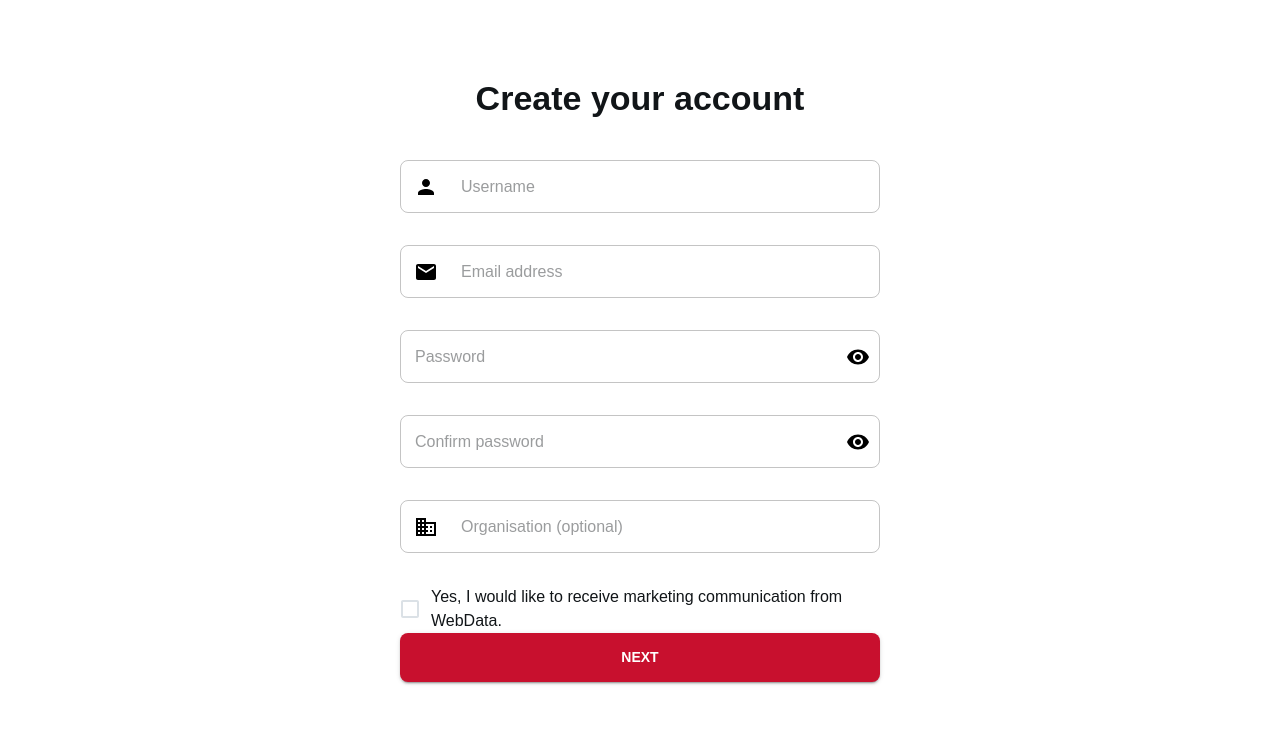
Repository: Pascal-Ahmadu/Tender-download-system
Page: /register (app in frontend/)
These files come from the project's save history. The page is drawn as it stood at one moment and after the next save; the edit follows.
The browser window is 1280 px wide. The pictures show the whole page.
The page's requests for data from a server got no answer. Some web fonts or font styles are not loaded; a fallback is used. The project was rebuilt for these pictures with package versions that can differ from the ones it lists, and the page was loaded fresh each time. No one was signed in, and anything a server would have sent is missing. Also part of the build but not shown: frontend/vite.config.js, frontend/src/components/pages/LoginPage.jsx.

Above is the page before, as saved 2024-07-31 08:45:58.

After the next save:
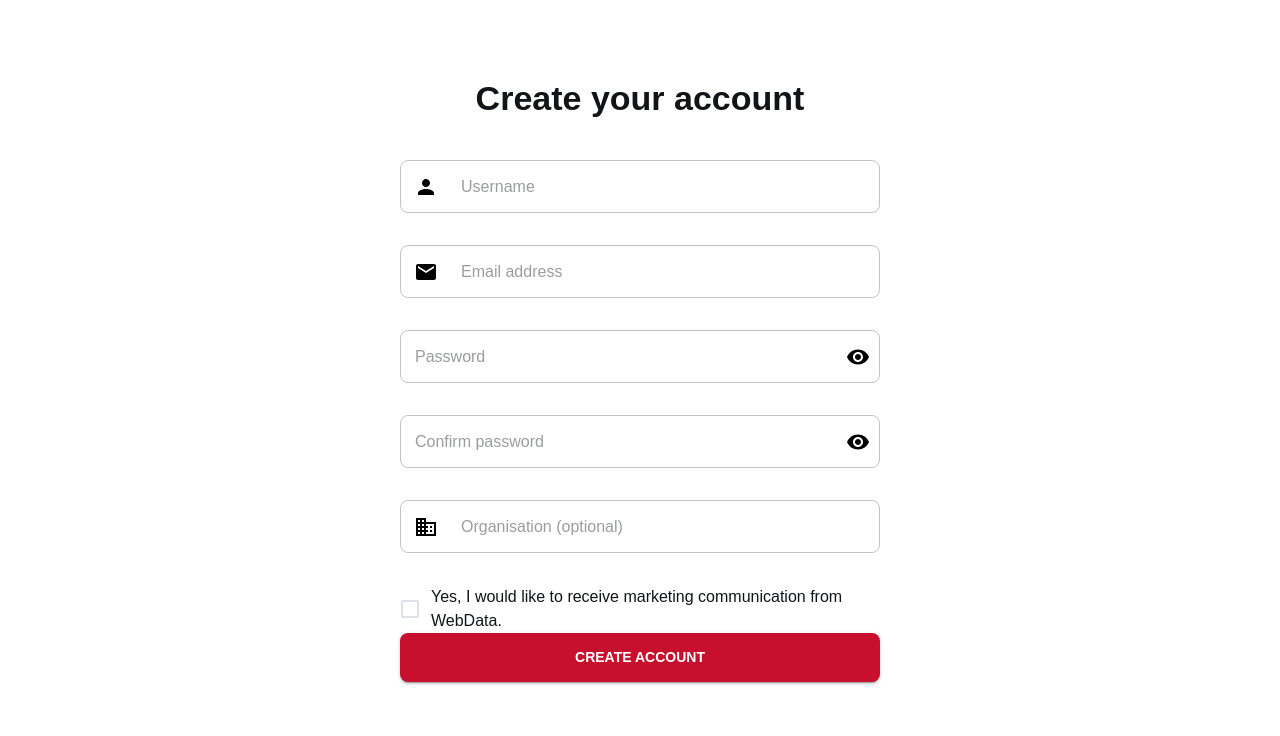
Saved 2 min 34 s later.
--- a/frontend/src/components/pages/RegistrationPage.jsx
+++ b/frontend/src/components/pages/RegistrationPage.jsx
@@ -368,7 +368,7 @@ function SignupForm() {
               },
             }}
           >
-            Next
+            Create Account
           </Button>
         </Box>
       </Box>
